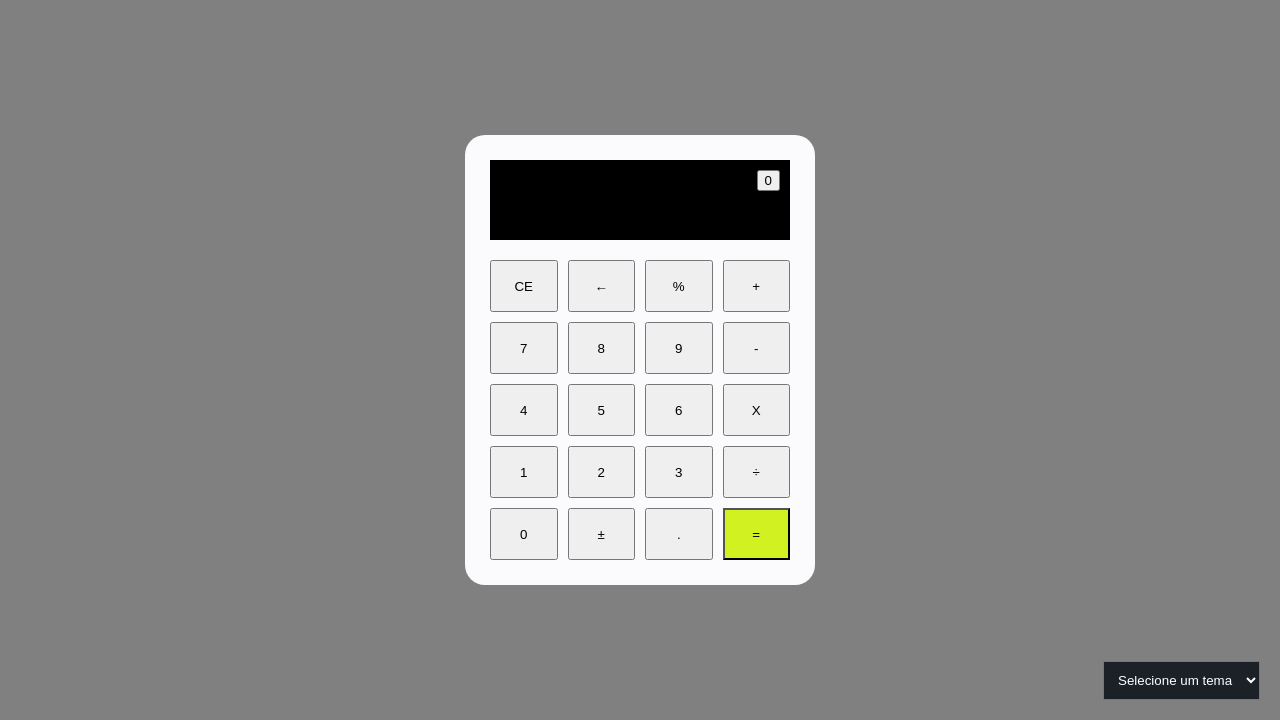
Repository: thislucasme/changing-theme-color-html-css-js
Page: index.html
These files come from the project's save history. The page is drawn as it stood at one moment and after the next save; the edit follows.
The browser window is 1280 px wide. The pictures show the whole page.

Above is the page before, as saved 2022-06-29 16:18:27.

### index.html
<!DOCTYPE html>
<html lang="pt_BR">

<head>
    <meta charset="UTF-8">
    <meta http-equiv="X-UA-Compatible" content="IE=edge">
    <meta name="viewport" content="width=device-width, initial-scale=1.0">
    <title>Atividade 22 - Calculadora Javascript</title>
    <link href="css/estilo.css" rel="stylesheet"/>
</head>

<body>
    <div class="calculadora">
        <div class="painel">
            <div class="operacao"></div>
            <div class="resultado"></div>
            <button id="resultado" name="resultado">0</button>
        </div>

        <div class="botoes">
            <button class="botao" id="apagar" onclick="limpar(0)">CE</button>
            <button class="botao" id="apagar" onclick="apagarUltimo()">&#8592;</button>
            <button class="botao" id="porcentagem" onclick="porcentagem()">%</button>
            <button class="botao" id="soma" onclick="verificarSinal('+')">+</button>
            <button class="botao" id="sete" onclick="pegarNumero(7)">7</button>
            <button class="botao" id="oito" onclick="pegarNumero(8)">8</button>
            <button class="botao" id="nove" onclick="pegarNumero(9)">9</button>
            <button class="botao" id="subtrair" onclick="verificarSinal('-')">-</button>
            <button class="botao" id="quatro" onclick="pegarNumero(4)">4</button>
            <button class="botao" id="cinco" onclick="pegarNumero(5)">5</button>
            <button class="botao" id="seis" onclick="pegarNumero(6)">6</button>
            <button class="botao" id="multiplicar" onclick="verificarSinal('x')">X</button>
            <button class="botao" id="um" onclick="pegarNumero(1)">1</button>
            <button class="botao" id="dois" onclick="pegarNumero(2)">2</button>
            <button class="botao" id="3" onclick="pegarNumero(3)">3</button>
            <button class="botao" id="dividir" onclick="verificarSinal('/')">&#247;</button>
            <button class="botao" id="0" onclick="pegarNumero(0)">0</button>
            <button class="botao" id="mais/menos" onclick="mudarSinal()">&#177;</button>
            <button class="botao" id="virgula" onclick="colocarPonto()">.</button>
            <button class="botao" id="igual" onclick="darResultado()">=</button>
        </div>
    </div>
    <select name="tema" id="tema" >
        <option value="t">Selecione um tema</option>
        <option value="tema-1">Tema 1</option>
        <option value="tema-2">Tema 2</option>
        <option value="tema-3">Tema 3</option>
        <option value="tema-4">Tema 4</option>
        <option value="tema-5">Tema 5</option>
    </select>
</body>

<script src="js/script.js" ></script>

</html>

### css/estilo.css
body {
    background-color: grey;
}

html {
    margin: 0;
    padding: 0;
    height: 100vh;
    display: flex;
    justify-content: center;
    align-items: center;
}

.theme-light {
    --color-primary: #0060df;
    --color-secondary: #fbfbfe;
    --color-accent: #fd6f53;
    --font-color: #000000;
    --display-color: #000000;
    --cor-botao-igual: rgb(210, 241, 33);
}

.theme-dark {
    --color-primary: #17ed90;
    --color-secondary: #243133;
    --color-accent: #12cdea;
    --font-color: #ffffff;
    --display-color: #000000;
    --cor-botao-igual: rgb(238, 61, 61);
}

.calculadora {
    width: 300px;
    height: 400px;
    background-color: var(--color-secondary);
    border-radius: 20px;
    padding: 25px;
    display: flex;
    flex-direction: column;

}

#igual {
    background-color: var(--cor-botao-igual);
}



.painel {
    height: 80px;
    width: 100%;
    background-color: var(--display-color);
    margin-bottom: 20px;
    font-family: 'LCDMono2 Bold', monospace;
    color: rgba(0, 0, 0, 0.6);
    text-shadow: 4px 4px 3px rgb(0 0 0 / 30%);
    padding: 10px;
    box-sizing: border-box;
    text-align: right;
}


.botoes {

    display: grid;
    grid-template-columns: repeat(4, 1fr);
    grid-template-rows: repeat(5, 1fr);
    gap: 10px;
    flex: 1;
}

.botoes a {

    background-color: #666;
    text-decoration: none;
    color: black;
    text-align: center;
    font-size: 1.5em;
    display: flex;
    justify-content: center;
    align-items: center;
}

.btn-igual {
    grid-row-start: 4;
    grid-row-end: 6;
    grid-column-start: 4;

}

.btn-c {
    grid-column-start: 1;
    grid-column-end: 3;
}

.btn-0 {
    grid-column-start: 1;
    grid-column-end: 3;
}

#tema {
    background-color: rgb(28, 32, 39);
    color: white;
    padding: 10px;
    position: fixed;
    bottom: 20px;
    right: 20px;
}

#tema>option:hover {
    box-shadow: 0 0 10px 100px #a86218 inset;

}

.tema-1 {
    background-color: grey;
}

.tema-1 .botoes a {
    background-color: aquamarine;
    box-shadow: #666;
}

.tema-2 {
    background-color: red;
}

.tema-3 {
    background-color: azul;
}

.tema-4 {
    background-color: aquamarine;
}

@font-face {
    font-family: 'LCDMono2 Bold';
    font-style: normal;
    font-weight: normal;
    src: local('LCDMono2 Bold'), url('../fonts/LCDM2B__.woff') format('woff');
}

### js/script.js
const nmrTela = document.getElementById("resultado")
var valoresEspaco = '';
var valores = []
window.addEventListener("keydown", teclado);



function pegarNumero(numero) {
    if (nmrTela.innerHTML == "0") {
        nmrTela.innerHTML = numero
    }
    else {
        nmrTela.innerHTML += `${numero}`
    }
}

function verificarSinal(sinal) {
    if (valores.length <= 1) {
        valoresEspaco = nmrTela.innerHTML.split(' ')
        valores.push(parseFloat(nmrTela.innerHTML))
        nmrTela.innerHTML += ` ${sinal} `
        valores.push(sinal)
    }
}

function porcentagem() {
    var caracteres = nmrTela.innerHTML.split(' ')
    console.log(caracteres.length, caracteres)
    if (caracteres.length == 3) {
        var valorPorCento = parseFloat(caracteres[2]) / 100
        var caracteresValor2 = caracteres[2].split('')
        if (caracteresValor2.length != 0) {
            if (caracteresValor2[caracteresValor2.length - 1] != "%") {
                nmrTela.innerHTML += '%'
            }
            valores.push(valorPorCento)
        }
    }
}

function colocarPonto() {
    var caracteresDaConta = []
    var caracteresValor1 = []
    var caracteresValor2 = []
    caracteresDaConta.push(nmrTela.innerHTML.trim().split(' '))//separa entre valor 1, operação e valor2
    caracteresValor1.push(caracteresDaConta[0][0].split(''))//separa cada caractere do valor 1

    if (caracteresDaConta[0].length == 3) {
        caracteresValor2.push(caracteresDaConta[0][2].split(''))//se exister 3 posições, separa cada caractere do valor 2
        verificarSeExistePonto(caracteresValor2)
    }

    verificarSeExistePonto(caracteresValor1)

    function verificarSeExistePonto(caracteresValor) {
        for (let i in caracteresValor[0]) {
            if (caracteresValor[0][i] == '.') {
                var acumuladora = '.'
            }
        }

        if (!(acumuladora == '.')) {
            nmrTela.innerHTML += '.'
        }
    }
}

function mudarSinal() {
    const caracteresDaConta = nmrTela.innerHTML.trim().split(' ')
    let caracteresValor1 = caracteresDaConta[0].split('')
    let valor1 = ''
    let valor2 = ''

    if (caracteresDaConta.length == 3) {
        var caracteresValor2 = caracteresDaConta[2].split('')

        if (caracteresValor2[0] == '-') {
            caracteresValor2.shift()
            imprimirValor(caracteresValor2, valor2, caracteresDaConta)
        }
        else {
            caracteresValor2.unshift('-')
            imprimirValor(caracteresValor2, valor2, caracteresDaConta);
        }
    }

    if (valores.length == 0) {
        if (caracteresValor1[0] == "-") {
            caracteresValor1.shift()
            imprimirValor(caracteresValor1, valor1)
        }
        else {
            caracteresValor1.unshift('-')
            imprimirValor(caracteresValor1, valor1)
        }
    }

    function imprimirValor(caracteresValor, valorNumero, caracteresConta) {
        caracteresValor.forEach(valor => {
            valorNumero += valor;
        })
        if (caracteresConta != undefined) {
            nmrTela.innerHTML = `${caracteresConta[0]} ${caracteresConta[1]} ${valorNumero}`
        }
        else {
            nmrTela.innerHTML = valorNumero
        }
    }
}

function darResultado() {
    var resultado = 0
    var operacao = valores[1]
    if (operacao == '-') {
        tratarResultado('-')
    }
    else if (operacao == '+') {
        tratarResultado('+')
    }
    else if (operacao == 'x') {
        tratarResultado('*')
    }
    else if (operacao == '/') {
        tratarResultado('/')
    }
    valores.splice(0, 3)

    function tratarResultado(operacao) {
        valoresEspaco = nmrTela.innerHTML.split(' ')
        valores.push(valoresEspaco[2])
        switch (operacao) {
            case '-':
                resultado = parseFloat(valores[0]) - parseFloat(valores[2])
                limpar(resultado)
                break;
            case '+':
                resultado = parseFloat(valores[0]) + parseFloat(valores[2])
                limpar(resultado)
                break;
            case '*':
                resultado = parseFloat(valores[0]) * parseFloat(valores[2])
                limpar(resultado)
                break;
            case '/':
                resultado = parseFloat(valores[0]) / parseFloat(valores[2])
                limpar(resultado)
                break;
        }
    }
}

function limpar(valor) {
    valores.splice(0, 3)
    nmrTela.innerHTML = valor
}

function apagarUltimo() {
    var caracteres = nmrTela.innerHTML.trim().split('')
    var arrayCaracteresTela = ""
    caracteres.pop()
    for (let i in caracteres) { arrayCaracteresTela += caracteres[i] }
    if ((arrayCaracteresTela == []) || (arrayCaracteresTela == '-')) {
        nmrTela.innerHTML = 0
    }
    else {
        nmrTela.innerHTML = arrayCaracteresTela
    }

    if (caracteres.length == 0) {
        valores.pop()
        valores.pop()
    }
}

function teclado() {
    const numbers = '0123456789'
    const operadores = '+-/x'
    var tecla = event.key
    if (numbers.includes(tecla)) {
        pegarNumero(tecla)
    }
    else if (operadores.includes(tecla)) {
        verificarSinal(tecla)
    }
    else switch (tecla) {
        case '*':
            verificarSinal('x')
            break;
        case '%':
            porcentagem()
            break;
        case '.':
        case ',':
            colocarPonto();
            break;
        case '=':
        case 'Enter':
            darResultado();
            break;
        case 'Backspace':
            apagarUltimo()
            break;
        case 'Escape':
            limpar(0);
            break;
    }
}

const options = document.getElementById("tema");

options.addEventListener("change", function () {
    if (options.value) {
        if (options.value === "tema-1") {
            console.log("tema 1")
        }
        if (options.value === "tema-2") {
            document.getElementsByClassName("calculadora-dois").classList.remove("calculadora-dois");
            document.getElementsByClassName("calculadora-dois").classList.add("calculadora");
        }
        if (options.value === "tema-3") {
            console.log("tema 3")
        }
        if (options.value === "tema-4") {
            console.log("tema 4")
        }
    }
});
function setTheme(themeName) {
    // localStorage.setItem('theme', themeName);
    document.documentElement.className = themeName;
}
setTheme('theme-light');

After the next save:
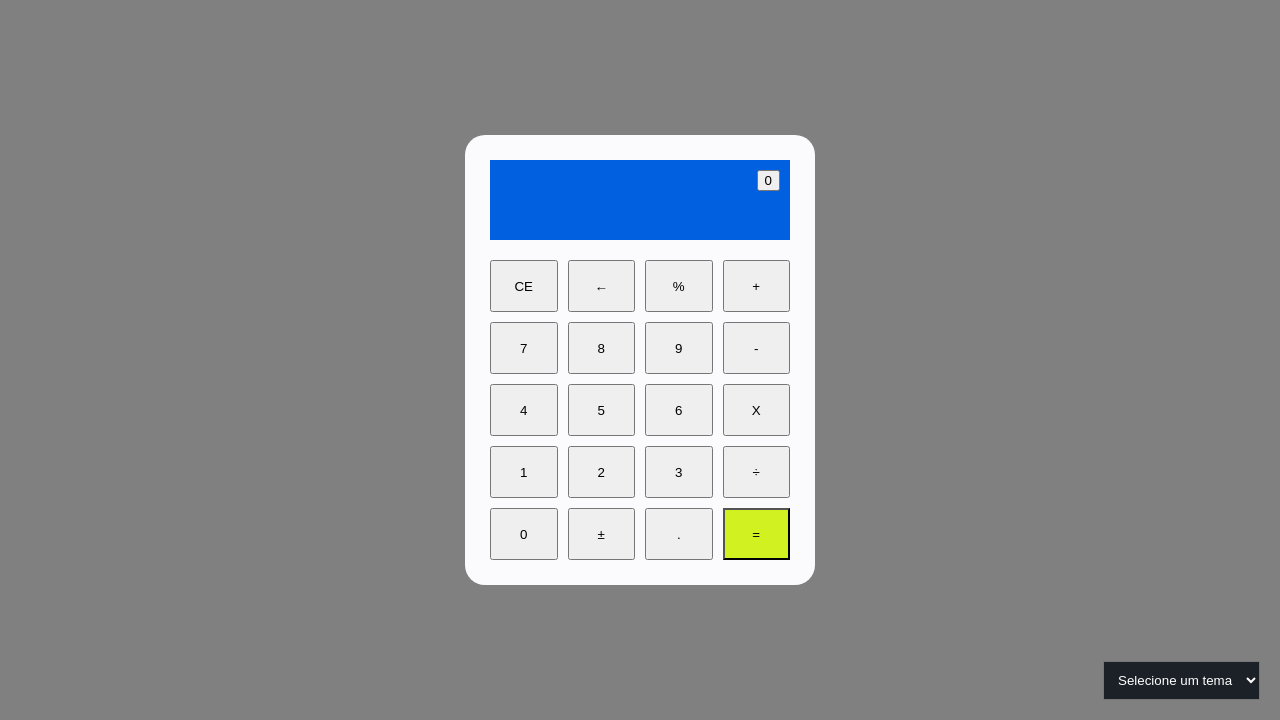
Saved 17 s later.
--- a/index.html
+++ b/index.html
@@ -11,7 +11,7 @@
 
 <body>
     <div class="calculadora">
-        <div class="painel">
+        <div class="painel" style=" background-color: #0060df;">
             <div class="operacao"></div>
             <div class="resultado"></div>
             <button id="resultado" name="resultado">0</button>

After the save that followed:
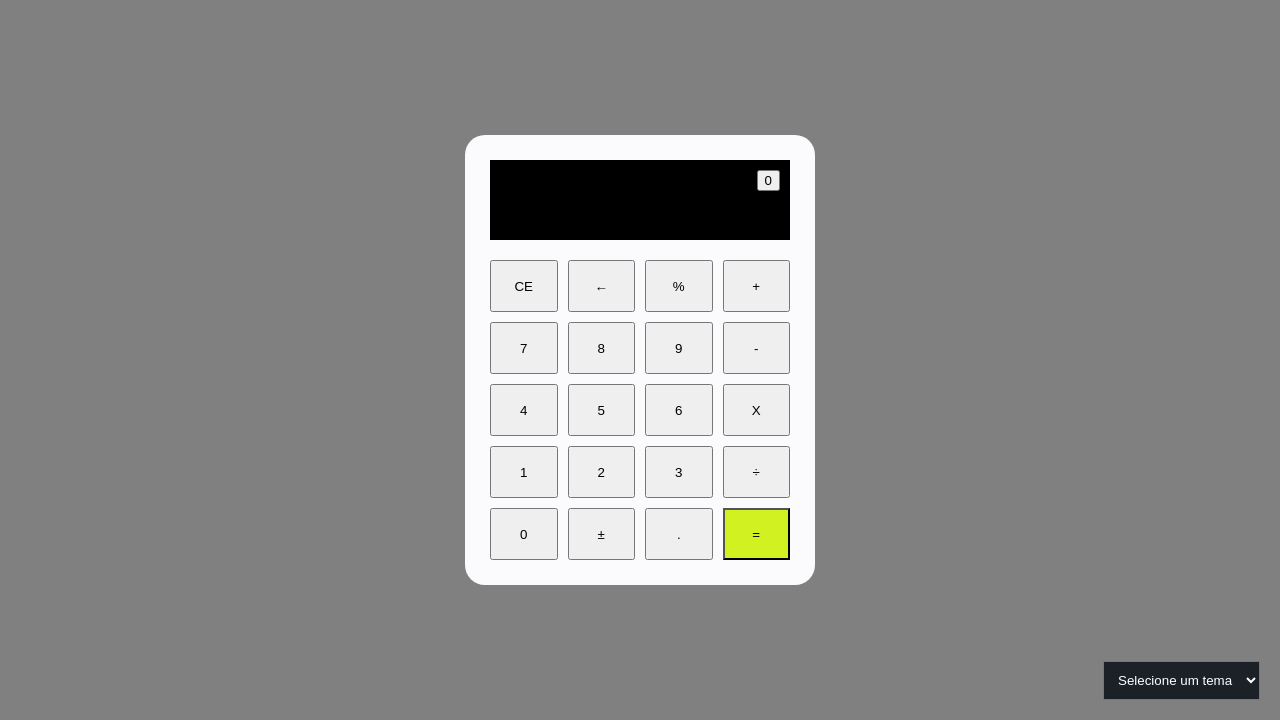
Saved 10 s later.
--- a/index.html
+++ b/index.html
@@ -11,7 +11,7 @@
 
 <body>
     <div class="calculadora">
-        <div class="painel" style=" background-color: #0060df;">
+        <div class="painel" >
             <div class="operacao"></div>
             <div class="resultado"></div>
             <button id="resultado" name="resultado">0</button>
